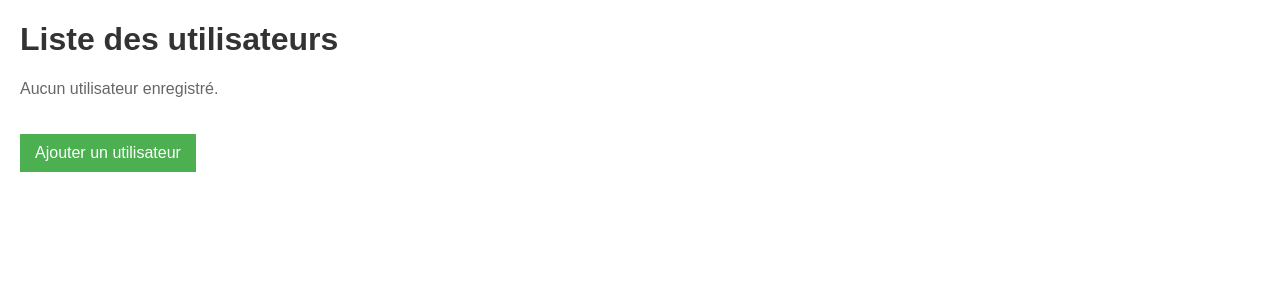
Repository: mbathio/jee
Page: http://localhost/gesusers/list
An editor plug-in stored every save of this project. The page is shown before and after the next save, followed by the edit.
The browser window is 1280 px wide. The pictures show the whole page.
The page is served by Tomcat 10.

Above is the page before, as saved 2025-05-05 05:46:42.

After the next save:
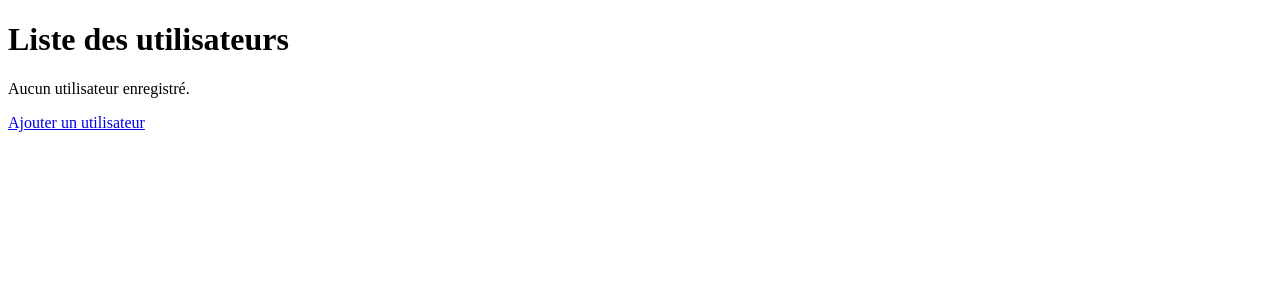
Saved 26 s later.
--- a/gesusers/src/main/webapp/WEB-INF/listerUtilisateurs.jsp
+++ b/gesusers/src/main/webapp/WEB-INF/listerUtilisateurs.jsp
@@ -1,94 +1,53 @@
-<%@ page language="java" contentType="text/html; charset=UTF-8" pageEncoding="UTF-8"%><!DOCTYPE html>
-<%@ taglib uri="jakarta.tags.core" prefix="c" %>
+<%@ page language="java" contentType="text/html; charset=UTF-8" pageEncoding="UTF-8"%>
+<%@ page import="java.util.ArrayList" %>
+<%@ page import="beans.Utilisateur" %>
+
 <!DOCTYPE html>
-
 <html>
-<head>
-    <meta charset="UTF-8">
-    <title>Liste des utilisateurs</title>
-    <style>
-        body {
-            font-family: Arial, sans-serif;
-            margin: 20px;
-        }
-        h1 {
-            color: #333;
-        }
-        table {
-            border-collapse: collapse;
-            width: 100%;
-            margin-top: 20px;
-        }
-        th, td {
-            text-align: left;
-            padding: 12px;
-            border-bottom: 1px solid #ddd;
-        }
-        th {
-            background-color: #f2f2f2;
-        }
-        tr:hover {
-            background-color: #f5f5f5;
-        }
-        .action-link {
-            text-decoration: none;
-            margin-right: 10px;
-        }
-        .edit-link {
-            color: #0066cc;
-        }
-        .delete-link {
-            color: #cc0000;
-        }
-        .add-button {
-            background-color: #4CAF50;
-            color: white;
-            padding: 10px 15px;
-            text-decoration: none;
-            display: inline-block;
-            margin-top: 20px;
-        }
-        .no-users {
-            margin-top: 20px;
-            color: #666;
-        }
-    </style>
-</head>
+<!-- ... en-tête inchangée ... -->
 <body>
     <h1>Liste des utilisateurs</h1>
 
-    <c:choose>
-        <c:when test="${empty utilisateurs}">
-            <p class="no-users">Aucun utilisateur enregistré.</p>
-        </c:when>
-        <c:otherwise>
-            <table>
-                <thead>
+    <%
+    ArrayList<Utilisateur> utilisateurs = (ArrayList<Utilisateur>) request.getAttribute("utilisateurs");
+    if (utilisateurs == null || utilisateurs.isEmpty()) {
+    %>
+        <p class="no-users">Aucun utilisateur enregistré.</p>
+    <%
+    } else {
+    %>
+        <table>
+            <thead>
+                <tr>
+                    <th>ID</th>
+                    <th>Nom</th>
+                    <th>Prénom</th>
+                    <th>Login</th>
+                    <th>Actions</th>
+                </tr>
+            </thead>
+            <tbody>
+                <%
+                for (Utilisateur utilisateur : utilisateurs) {
+                %>
                     <tr>
-                        <th>ID</th>
-                        <th>Nom</th>
-                        <th>Prénom</th>
-                        <th>Login</th>
-                        <th>Actions</th>
+                        <td><%= utilisateur.getId() %></td>
+                        <td><%= utilisateur.getNom() %></td>
+                        <td><%= utilisateur.getPrenom() %></td>
+                        <td><%= utilisateur.getLogin() %></td>
+                        <td>
+                            <a href="update?id=<%= utilisateur.getId() %>" class="action-link edit-link">Modifier</a>
+                            <a href="delete?id=<%= utilisateur.getId() %>" class="action-link delete-link" onclick="return confirm('Êtes-vous sûr de vouloir supprimer cet utilisateur ?')">Supprimer</a>
+                        </td>
                     </tr>
-                </thead>
-                <tbody>
-                    <c:forEach items="${utilisateurs}" var="utilisateur">
-                        <tr>
-                            <td>${utilisateur.id}</td>
-                            <td>${utilisateur.nom}</td>
-                            <td>${utilisateur.prenom}</td>
-                            <td>${utilisateur.login}</td>
-                            <td>
-                                <a href="update?id=${utilisateur.id}" class="action-link edit-link">Modifier</a>
-                                <a href="delete?id=${utilisateur.id}" class="action-link delete-link" onclick="return confirm('Êtes-vous sûr de vouloir supprimer cet utilisateur ?')">Supprimer</a>
-                            </td>
-                        </tr>
-                    </c:forEach>
-                </tbody>
-            </table>
-        </c:otherwise>
-    </c:choose>
+                <%
+                }
+                %>
+            </tbody>
+        </table>
+    <%
+    }
+    %>
 
     <a href="add" class="add-button">Ajouter un utilisateur</a>
 </body>
